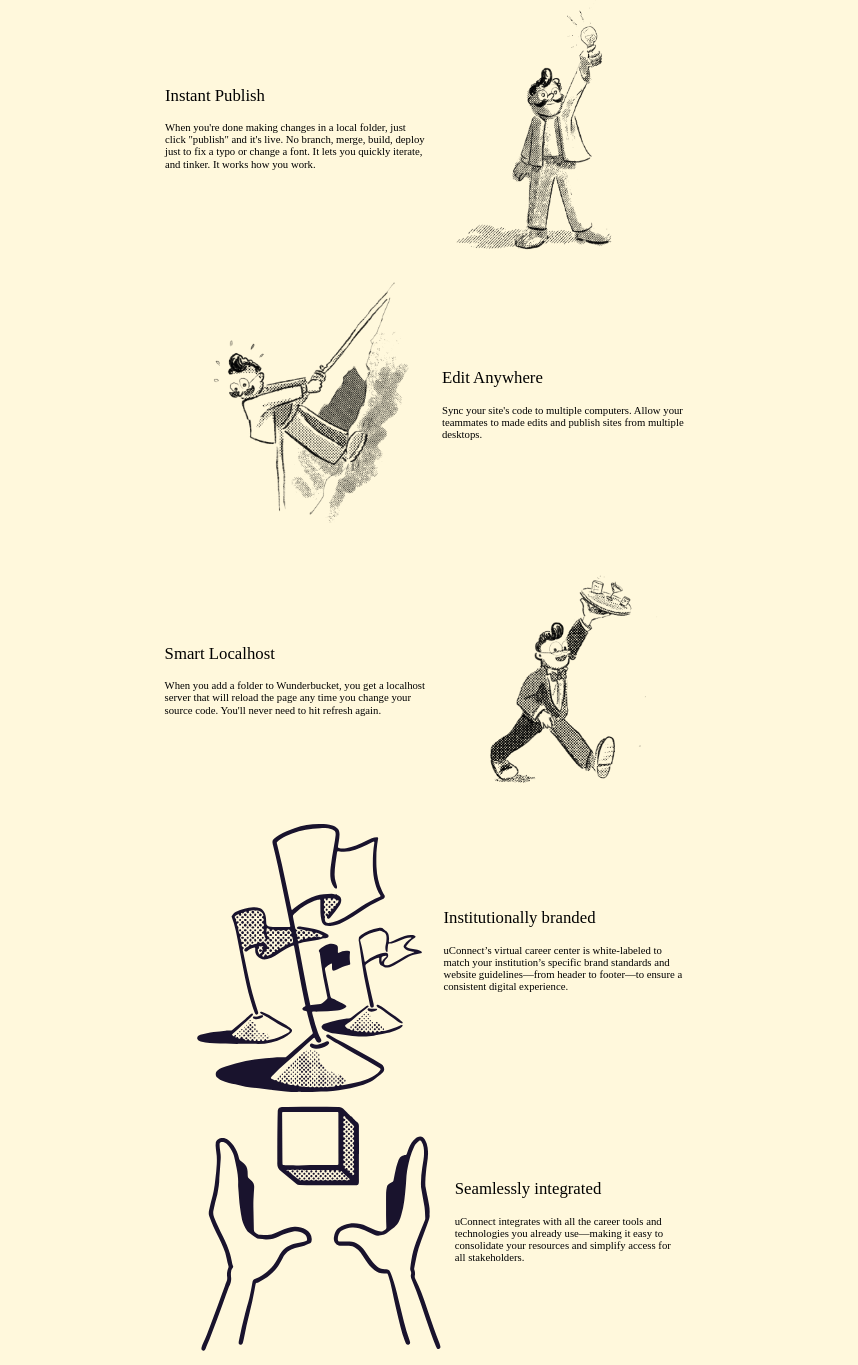
Repository: Pbemits/TEAMWORK-PROJECT-ONE
Page: index.html
The author's editor kept a copy of each file at every save. The page is drawn from the files as they stood at one save, then again after the next save.
The browser window is 1280 px wide. The pictures show the whole page, at 67% of full size.
Some web fonts or font styles are not loaded; a fallback is used.

Above is the page before, as saved 2023-09-02 00:21:07.

### index.html
<!DOCTYPE html>
<html lang="en">
<head>
    <meta charset="UTF-8">
    <meta name="viewport" content="width=device-width, initial-scale=1.0">
    <link rel="stylesheet" href="./assets/css/base.css">
    <link rel="stylesheet" href="./assets/css/main.css">
    <!-- ~: FONT: 'Noto Sans JP', sans-serif -->
    <link rel="preconnect" href="https://fonts.googleapis.com">
    <link rel="preconnect" href="https://fonts.gstatic.com" crossorigin>
    <link href="https://fonts.googleapis.com/css2?family=Noto+Sans+JP:wght@100;200;300;400;500;600&display=swap" rel="stylesheet">
    <!-- ~: FONT: 'PT Serif Caption', serif -->
    <link rel="preconnect" href="https://fonts.googleapis.com">
    <link rel="preconnect" href="https://fonts.gstatic.com" crossorigin>
    <link href="https://fonts.googleapis.com/css2?family=PT+Serif+Caption:ital@0;1&display=swap" rel="stylesheet">
    <title>TEAMWORK PROJECT ONE</title>
</head>
<body>
    <!-- TODO: HEADER MAIN -->
    <div id="header-main">

    </div>
    <!-- TODO: CONTENT MAIN -->
    <div id="content-main">
        <!-- CODE BY XUAN DAI -->
        <!-- CONTENT-SECTION-TWO -->
        <div class="content-section-two">

            <!-- WRAPPER ONE -->
            <div class="content-wrapper-element-one">
                <div class="wrapper-element-one">
                    <div class="wrapper-element-texts">
                        <div class="element-text-h3">
                            <h3>Instant Publish</h3>
                        </div>
                        <div class="element-texts-paragraph">
                            <p>When you're done making changes in a local folder, just<br> click "publish" and it's live. No branch, merge, build, deploy<br> just to fix a typo or change a font. It lets you quickly iterate,<br> and tinker. It works how you work.</p>
                        </div>
                    </div>
                </div>

                <div class="wrapper-element-two">
                    <div class="wrapper-element-image">
                        <div class="element-img">
                            <img src="./assets/image/ligter.png" alt="ÁNH SÁNG CỦA ĐẢNG VN">
                        </div>
                    </div>
                </div>
            </div>
            <!-- END WRAPPER ONE -->

            <!-- WRAPPER TWO -->
            <div class="content-wrapper-element-two">
                <div class="wrapper-element-one">
                    <div class="wrapper-element-image">
                        <div class="element-img">
                            <img src="./assets/image/edit-anywhere.png" alt="EDIT ANYWHERE">
                        </div>
                    </div>
                </div>

                <div class="wrapper-element-two">
                    <div class="wrapper-element-texts">
                        <div class="element-text-h3">
                            <h3>Edit Anywhere</h3>
                        </div>
                        <div class="element-texts-paragraph">
                            <p>Sync your site's code to multiple computers. Allow your<br> teammates to made edits and publish sites from multiple<br> desktops.</p>
                        </div>
                    </div>
                </div>
            </div>
            <!--END WRAPPER TWO -->

            <!-- WRAPPER THREE -->
            <div class="content-wrapper-element-three">
                <div class="wrapper-element-one">
                    <div class="wrapper-element-texts">
                        <div class="element-text-h3">
                            <h3>Smart Localhost</h3>
                        </div>
                        <div class="element-texts-paragraph">
                            <p>When you add a folder to Wunderbucket, you get a localhost<br> server that will reload the page any time you change your<br> source code. You'll never need to hit refresh again.</p>
                        </div>
                    </div>
                </div>

                <div class="wrapper-element-two">
                    <div class="wrapper-element-image">
                        <div class="element-img">
                            <img src="./assets/image/smart-localhost.png" alt="LOCAL HOST">
                        </div>
                    </div>
                </div>
            </div>
            <!-- END WRAPPER THREE -->

        </div>
        <!-- END CONTENT-SECTION-TWO -->
        <!-- END CODE BY XUAN DAI -->

        <!-- CODE BY XUAN DAI -->
    <div class="content-section-one">
        <!-- WRAPPER ONE -->
        <div class="content-wrapper-element-one">
            <div class="wrapper-element-one">
                <div class="wrapper-element-image">
                    <div class="element-img">
                        <img src="./assets/image/flags.svg" alt="flags">
                    </div>
                </div>
            </div>

            <div class="wrapper-element-two">
                <div class="wrapper-element-texts">
                    <div class="element-text-h3">
                        <h3>Institutionally branded</h3>
                    </div>

                    <div class="element-texts-paragraph">
                        <p>uConnect’s virtual career center is white-labeled to<br> match your institution’s specific brand standards and<br> website guidelines—from header to footer—to ensure a<br> consistent digital experience.</p>
                    </div>
                </div>
            </div>
        </div>
        <!--END WRAPPER ONE -->

        <!-- WRAPPER TWO -->
        <div class="content-wrapper-element-two">
            <div class="wrapper-element-one">
                <div class="wrapper-element-image">
                    <div class="element-img">
                        <img src="./assets/image/hands.svg" alt="flags">
                    </div>
                </div>
            </div>

            <div class="wrapper-element-two">
                <div class="wrapper-element-texts">
                    <div class="element-text-h3">
                        <h3>Seamlessly integrated</h3>
                    </div>

                    <div class="element-texts-paragraph">
                        <p>uConnect integrates with all the career tools and<br> technologies you already use—making it easy to<br> consolidate your resources and simplify access for<br> all stakeholders.</p>
                    </div>
                </div>
            </div>
        </div>
        <!-- END WRAPPER TWO -->

    </div>
    <!-- END CODE BY XUAN DAI -->
    </div>
    <!-- TODO: FOOTER MAIN -->
    <div id="footer-main">

    </div>
</body>
</html>

### assets/css/base.css
* {
    margin: 0;
    padding: 0;
    box-sizing: border-box;
}
body {
    background-color: #fff8dc;
    font-family: 'Noto Sans JP', sans-serif;
    font-family: 'PT Serif Caption', serif;
}

:root {
    --color-texts: #161616;
}

### assets/css/main.css
/* WRAPPER ONE */
.content-wrapper-element-one {
    display: flex;
    align-items: center;
    justify-content: center;

}

.content-wrapper-element-one .wrapper-element-texts .element-text-h3 h3 {
    font-size: 25px;
    font-weight: 400;
}

.content-wrapper-element-one .wrapper-element-texts .element-texts-paragraph {
    margin: 26px 0;
}

.content-wrapper-element-one .element-img {
    width: 100%;
}

.content-wrapper-element-one .element-img img {
    width: 400px;
}
/* END WRAPPER ONE */



/* WRAPPER TWO */

.content-wrapper-element-two {
    display: flex;
    align-items: center;
    justify-content: center;

}

.content-wrapper-element-two .element-img {
    width: 100%;
}

.content-wrapper-element-two .element-img img {
    width: 400px;
}

.content-wrapper-element-two .wrapper-element-texts .element-text-h3 h3 {
    font-size: 25px;
    font-weight: 400;
}

.content-wrapper-element-two .wrapper-element-texts .element-texts-paragraph {
    margin: 26px 0;
}


/* END WRAPPER TWO */



/* WRAPPER THREE */

.content-wrapper-element-three {
    display: flex;
    align-items: center;
    justify-content: center;

}

.content-wrapper-element-three .wrapper-element-texts .element-text-h3 h3 {
    font-size: 25px;
    font-weight: 400;
}

.content-wrapper-element-three .wrapper-element-texts .element-texts-paragraph {
    margin: 26px 0;
}

.content-wrapper-element-three .element-img {
    width: 100%;
}

.content-wrapper-element-three .element-img img {
    width: 400px;
}

/* END WRAPPER THREE */

After the next save:
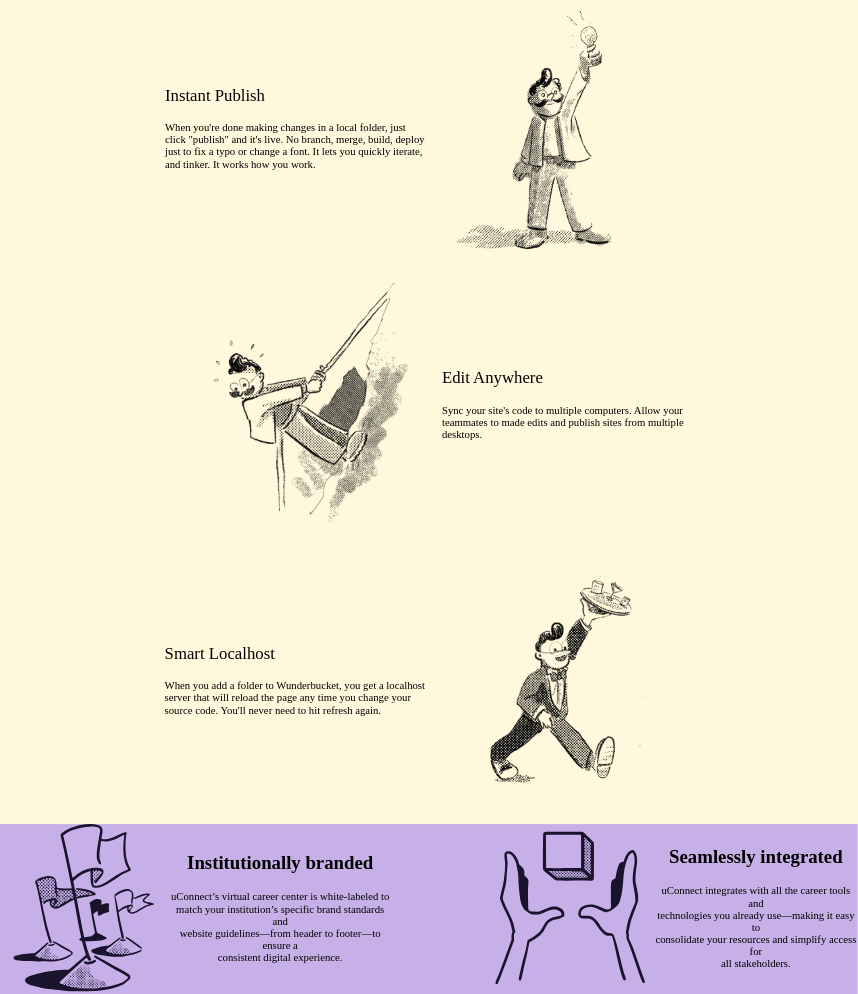
Saved 54 s later.
--- a/assets/css/main.css
+++ b/assets/css/main.css
@@ -84,3 +84,85 @@
 }
 
 /* END WRAPPER THREE */
+
+
+
+
+
+/* BY XUAN DAI */
+
+/* CSS CODE ADD */
+
+/* COMMON */
+.content-section-one {
+    background-color: #c6b0e7;
+    display: flex;
+    align-items: center;
+    justify-content: center;
+}
+
+.content-section-one .content-wrapper-element-one {
+    margin-right: 70px;
+}
+
+.content-section-one .content-wrapper-element-two {
+    margin-left: 70px;
+}
+/* END COMMON */
+
+
+/* WRAPPER ONE */
+.content-section-one .content-wrapper-element-one  .wrapper-element-one .element-img {
+    width: 100%;
+    text-align: center;
+}
+
+.content-section-one .content-wrapper-element-one  .wrapper-element-one .element-img img {
+    width: 250px;
+    text-align: center;
+}
+
+.content-section-one .content-wrapper-element-one  .wrapper-element-two .element-text-h3 h3 {
+    font-size: 28px;
+    font-weight: 600;
+    margin-top: 22px;
+    margin-bottom: 24px;
+    text-align: center;
+}
+
+.content-section-one .content-wrapper-element-one  .wrapper-element-two p {
+    text-align: center;
+}
+/* END WRAPPER ONE */
+
+
+/* WRAPPER TWO */
+.content-section-one .content-wrapper-element-two  .wrapper-element-one .element-img {
+    width: 100%;
+    text-align: center;
+}
+
+.content-section-one .content-wrapper-element-two  .wrapper-element-one .element-img img {
+    width: 250px;
+    text-align: center;
+}
+
+.content-section-one .content-wrapper-element-two  .wrapper-element-two .element-text-h3 h3 {
+    font-size: 28px;
+    font-weight: 600;
+    margin-top: 22px;
+    margin-bottom: 24px;
+    text-align: center;
+}
+
+.content-section-one .content-wrapper-element-two  .wrapper-element-two p {
+    text-align: center;
+}
+/* END WRAPPER TWO */
+
+
+/* END CSS CODE ADD */
+
+
+
+/* END BY XUAN DAI */
